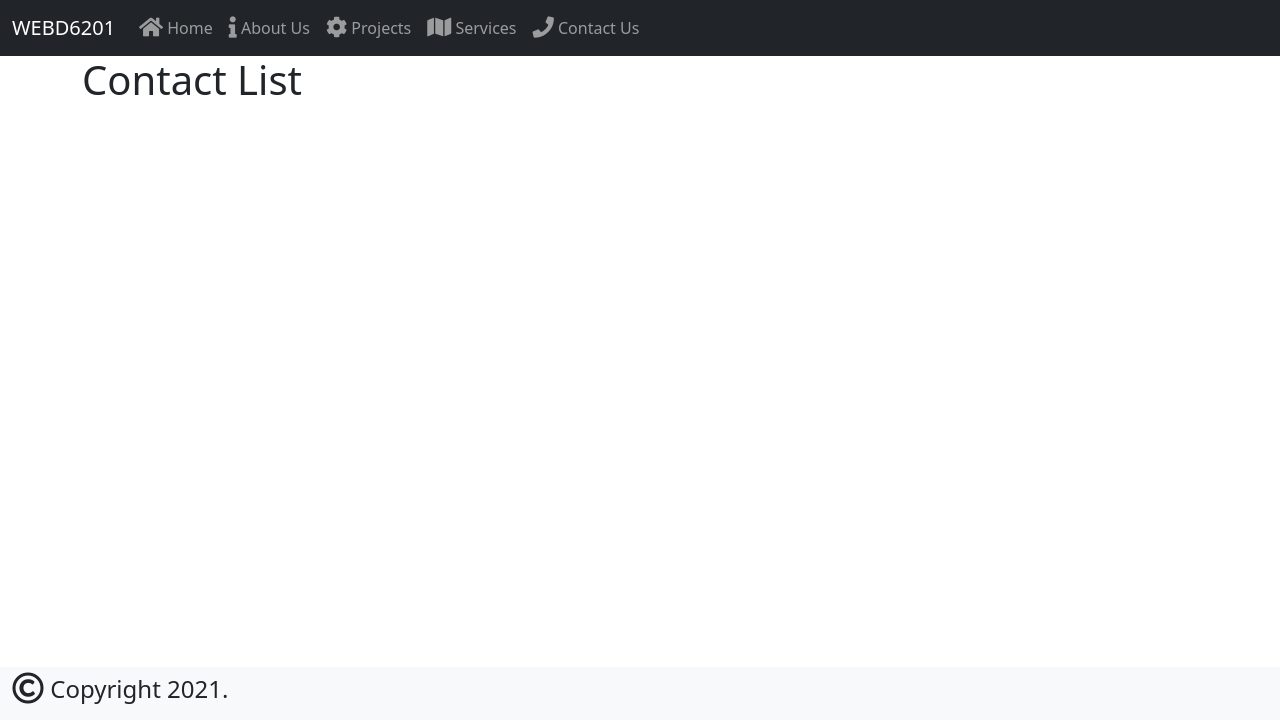
Repository: ahmedrizvi/WEB6201-W2021-ICE02
Page: contact-list.html
The author's editor kept a copy of each file at every save. The page is drawn from the files as they stood at one save, then again after the next save.
The browser window is 1280 px wide. The pictures show the whole page.

Above is the page before, as saved 2021-01-29 22:24:03.

### contact-list.html
<!DOCTYPE html>
<html lang="en">
<head>
    <meta charset="UTF-8">
    <meta name="viewport" content="width=device-width, initial-scale=1.0">
    <title>Contact List</title>
    <!-- CSS Section -->
    <link rel="stylesheet" href="./node_modules/bootstrap/dist/css/bootstrap.min.css">
    <link rel="stylesheet" href="./node_modules/@fortawesome/fontawesome-free/css/all.min.css">
    <link rel="stylesheet" href="./Content/app.css">
</head>
<body>
    <!-- Main Header -->
    <header>
        <!-- Main Navigation -->
        <nav class="navbar navbar-expand-lg navbar-dark bg-dark">
            <div class="container-fluid">
              <a class="navbar-brand" href="index.html">WEBD6201</a>
              <button class="navbar-toggler" type="button" data-bs-toggle="collapse" data-bs-target="#navbarSupportedContent" aria-controls="navbarSupportedContent" aria-expanded="false" aria-label="Toggle navigation">
                <span class="navbar-toggler-icon"></span>
              </button>
              <div class="collapse navbar-collapse" id="navbarSupportedContent">
                <ul class="navbar-nav me-auto mb-2 mb-lg-0">
                  <li class="nav-item">
                    <a class="nav-link" aria-current="page" href="index.html"><i class="fas fa-home fa-lg"></i> Home</a>
                  </li>

                  <li class="nav-item">
                    <a class="nav-link" aria-current="page" href="about.html"><i class="fas fa-info fa-lg"></i> About Us</a>
                  </li>

                  <li class="nav-item">
                    <a class="nav-link" aria-current="page" href="projects.html"><i class="fas fa-cog fa-lg"></i> Projects</a>
                  </li>

                  <li class="nav-item">
                    <a class="nav-link" aria-current="page" href="services.html"><i class="fas fa-map fa-lg"></i> Services</a>
                  </li>

                  <li class="nav-item">
                    <a class="nav-link" aria-current="page" href="contact.html"><i class="fas fa-phone fa-lg"></i> Contact Us</a>
                  </li>
                </ul>
              </div>
            </div>
          </nav>
    </header>

    <!-- Main Content -->
    <main class="container">
        <h1>Contact List</h1>


    </main>

    <!-- Main Footer -->
    <footer>
        <nav class="navbar fixed-bottom navbar-light bg-light">
            <div class="container-fluid">
              <h4><i class="far fa-copyright fa-lg"></i> Copyright 2021.</h4>
            </div>
          </nav>
    </footer>

    <!-- Script Section-->
    <script src="./node_modules/jquery/dist/jquery.min.js"></script>
    <script src="./node_modules/bootstrap/dist/js/bootstrap.bundle.min.js"></script>
    <script src="./Scripts/contact.js"></script>
    <script src="./Scripts/app.js"></script>
</body>
</html>

### Scripts/contact.js
"use strict";

// Contact class
class Contact {
  // getters and setters
  get FullName() {
    return this.m_fullName;
  }
  set FullName(value) {
    this.m_fullName = value;
  }
  get ContactNumber() {
    return this.m_contactNumber;
  }
  set ContactNumber(value) {
    this.m_contactNumber = value;
  }
  get EmailAddress() {
    return this.m_emailAddress;
  }
  set EmailAddress(value) {
    this.m_emailAddress = value;
  }

  // constructor

  /**
   * @param {string} fullName
   * @param {string} contactNumber
   * @param {string} emailAddress
   */
  constructor(fullName = "", contactNumber = "", emailAddress = "")
  {
    this.FullName = fullName;
    this.ContactNumber = contactNumber;
    this.EmailAddress = emailAddress;
  }

  // methods

  /**
   * This method overrides the built-in toString method for the Contact class
   *
   * @returns {string}
   */
  toString() {
    return `Full Name      : ${this.FullName} \nContact Number : ${this.ContactNumber} \nEmail Address  : ${this.EmailAddress}`;
  }

  /**
   * This method returns a JSON object made up of the properties from the Contact class
   *
   * @return {Object}
   */
  toJSON(){
    return {
      "fullName": this.FullName,
      "contactNumber": this.ContactNumber,
      "emailAddress": this.EmailAddress
    }
  }

  /**
   * This method converts the Contact into a comma separated string
   *
   * @return {string}
   */
  serialize(){
    if(this.FullName !== "" && this.ContactNumber !== "" && this.EmailAddress !== ""){
      return `${this.FullName},${this.ContactNumber},${this.EmailAddress}`;
    }
    else{
      console.error("One or more of the Contact's properties is empty");
      return null;
    }

  }

  /**
   * This method takes a comma-separated data string and assigns the values to the
   * Contact class properties.
   *
   * @param {string} data
   * @returns {void}
   */
  deserialize(data){
    let propertyArray = data.split(",");
    this.FullName = propertyArray[0];
    this.ContactNumber = propertyArray[1];
    this.EmailAddress = propertyArray[2];
  }
}

### Scripts/app.js
/* custom JavaScript goes here */

//IIFE - Immediately Invoked Function Expression
//AKA - Anonymous Self-Executing Function
//Closure - limits scope leak

"use strict";

(function()
{
    function displayHome()
    {
        let paragraphOneText =
          "This is a simple site to demonstrate DOM Manipulation for ICE 1";

        let paragraphOneElement = document.getElementById("paragraphOne");

        paragraphOneElement.textContent = paragraphOneText;
        paragraphOneElement.className = "fs-5";

        // Step 1. document.createElement
        let newParagraph = document.createElement("p");
        // Step 2. configure the element
        newParagraph.setAttribute("id", "paragraphTwo");
        newParagraph.textContent = "...And this is paragraph two";
        // Step 3. select the parent element
        let mainContent = document.getElementsByTagName("main")[0];
        // Step 4. Add / Insert the element
        mainContent.appendChild(newParagraph);

        newParagraph.className = "fs-6";

        // another way of injecting content
        let paragraphDiv = document.createElement("div");
        let paragraphThree = `<p id="paragraphThree" class="fs-7 fw-bold">And this is the Third Paragraph</p>`;
        paragraphDiv.innerHTML = paragraphThree;

        // insertions

        // example of inserting before a node
        //newParagraph.before(paragraphDiv);

        // example of inserting after a node
        newParagraph.after(paragraphDiv);

        // deletions

        // example of removing a single element
        //paragraphOneElement.remove();

        // example of removeChild
        mainContent.removeChild(paragraphOneElement);

        // update / modification
        //mainContent.firstElementChild.textContent = "Welcome Home!";

        mainContent.innerHTML = `<h1 id="firstHeading">Welcome to WEBD6201 - Lab 1</h1>
         <p id="paragraphOne" class="fs-3 fw-bold">This is my first Paragraph</p>
        `;

    }

    function displayAbout()
    {

    }

    function displayProjects()
    {

    }

    function displayServices()
    {

    }

    function displayContact()
    {
        let messageArea = document.getElementById("messageArea");
        messageArea.hidden = true;

        // form validation
        let fullName = document.getElementById("fullName");
        fullName.addEventListener("blur", function() {
            if(fullName.value.length < 2)
            {
                fullName.focus();
                fullName.select();
                messageArea.hidden = false;
                messageArea.className = "alert alert-danger";
                messageArea.textContent = "Please enter an appropriate Name";
            }
            else
            {
                messageArea.removeAttribute("class");
                messageArea.hidden = true;
            }
        });

        let sendButton = document.getElementById("sendButton");
        sendButton.addEventListener("click", function(event){
            //event.preventDefault();

            let contact = new Contact(fullName.value, contactNumber.value, emailAddress.value);

            if (contact.serialize()){
              localStorage.setItem((localStorage.length + 1).toString(), contact.serialize());
            }

        });
    }

    function displayContactList(){

    }

    function Start()
    {
        console.log("App Started...");

        switch (document.title)
        {
          case "Home":
              displayHome();
            break;
          case "About":
              displayAbout();
            break;
          case "Projects":
              displayProjects();
            break;
          case "Services":
              displayServices();
            break;
          case "Contact":
              displayContact();
            break;
            case "Contact-List":
              displayContactList();
            break;
        }

    }

    window.addEventListener("load", Start);

})();

Loaded but not shown: node_modules/bootstrap/dist/css/bootstrap.min.css (library); node_modules/@fortawesome/fontawesome-free/css/all.min.css (library); Content/app.css (common file); node_modules/jquery/dist/jquery.min.js (library); node_modules/bootstrap/dist/js/bootstrap.bundle.min.js (library)

After the next save:
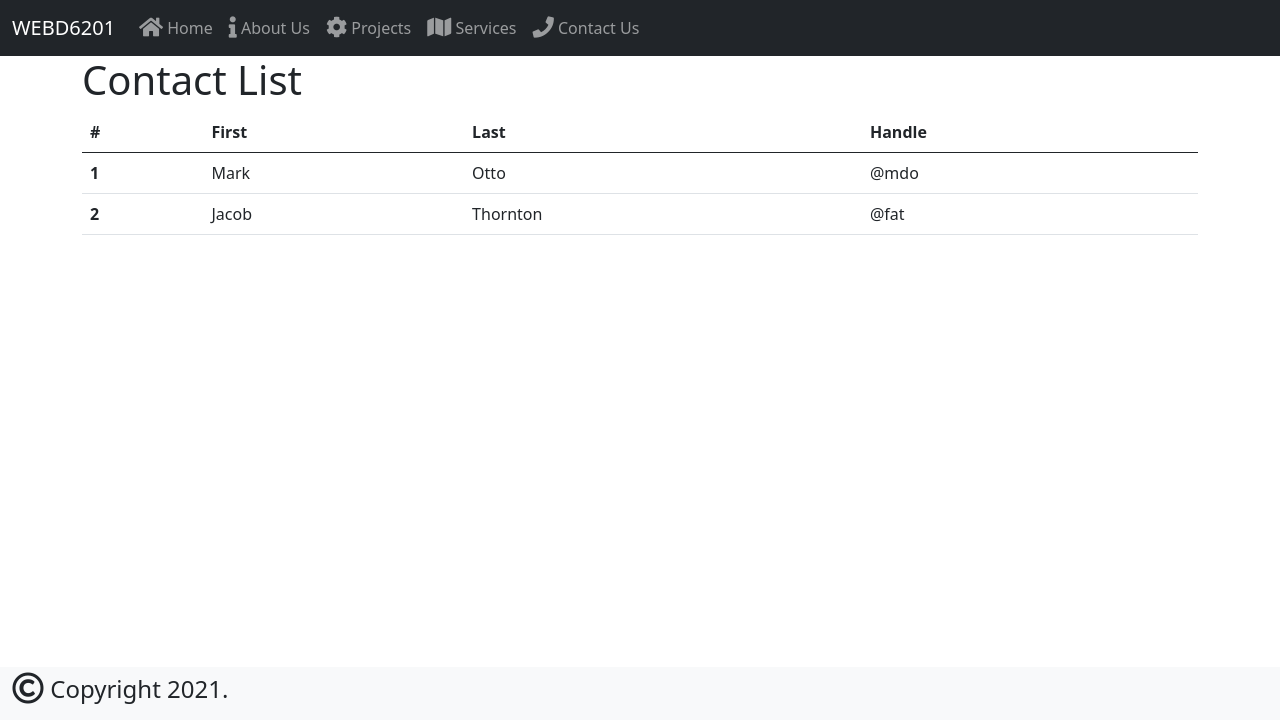
Saved 40 s later.
--- a/contact-list.html
+++ b/contact-list.html
@@ -50,7 +50,34 @@
     <main class="container">
         <h1>Contact List</h1>
 
-
+        <div class="row">
+          <div class="col">
+            <table class="table">
+              <thead>
+                <tr>
+                  <th scope="col">#</th>
+                  <th scope="col">First</th>
+                  <th scope="col">Last</th>
+                  <th scope="col">Handle</th>
+                </tr>
+              </thead>
+              <tbody>
+                <tr>
+                  <th scope="row">1</th>
+                  <td>Mark</td>
+                  <td>Otto</td>
+                  <td>@mdo</td>
+                </tr>
+                <tr>
+                  <th scope="row">2</th>
+                  <td>Jacob</td>
+                  <td>Thornton</td>
+                  <td>@fat</td>
+                </tr>
+              </tbody>
+            </table>
+          </div>
+        </div>
     </main>
 
     <!-- Main Footer -->
